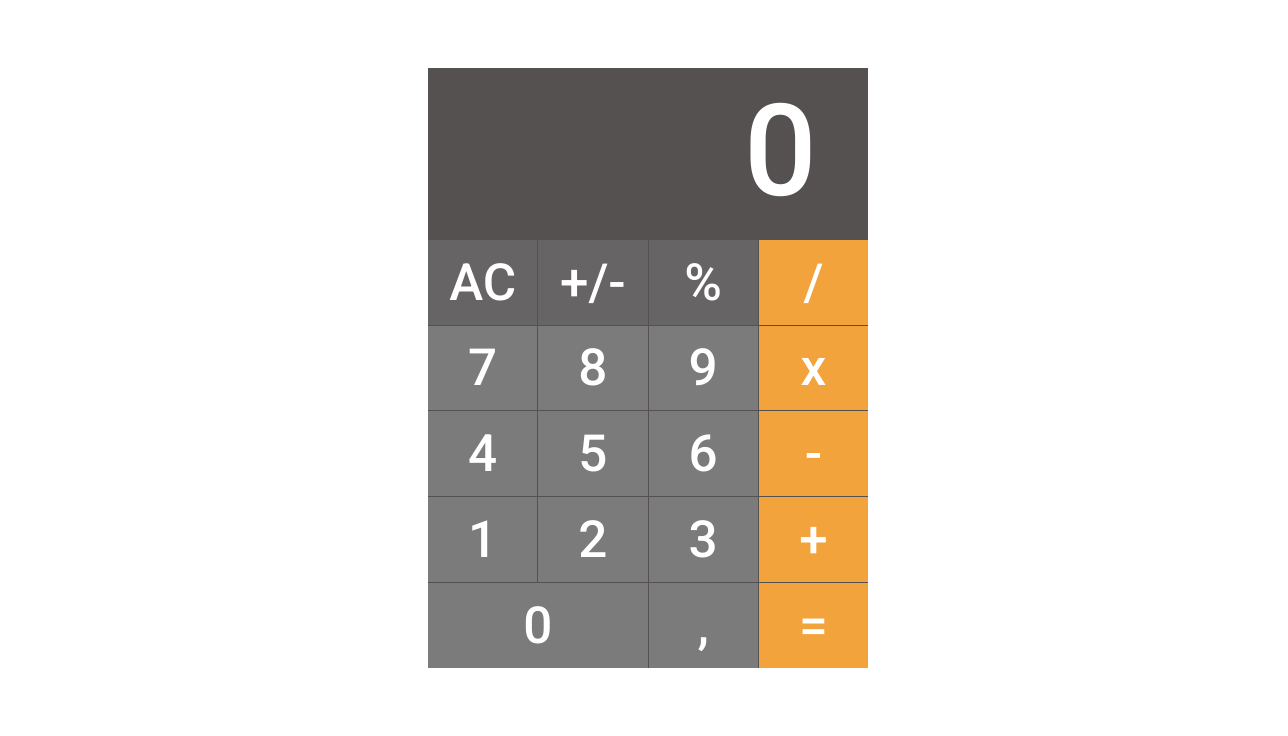
Repository: maciekto/calculatorOOP
Page: index.html
These files come from the project's save history. The page is drawn as it stood at one moment and after the next save; the edit follows.
The browser window is 1280 px wide. The page is 1288 px wide, so the pictures cover 1288 px, including what lies to the right of the window. The pictures show the whole page.

Above is the page before, as saved 2022-07-06 17:20:43.

After the next save:
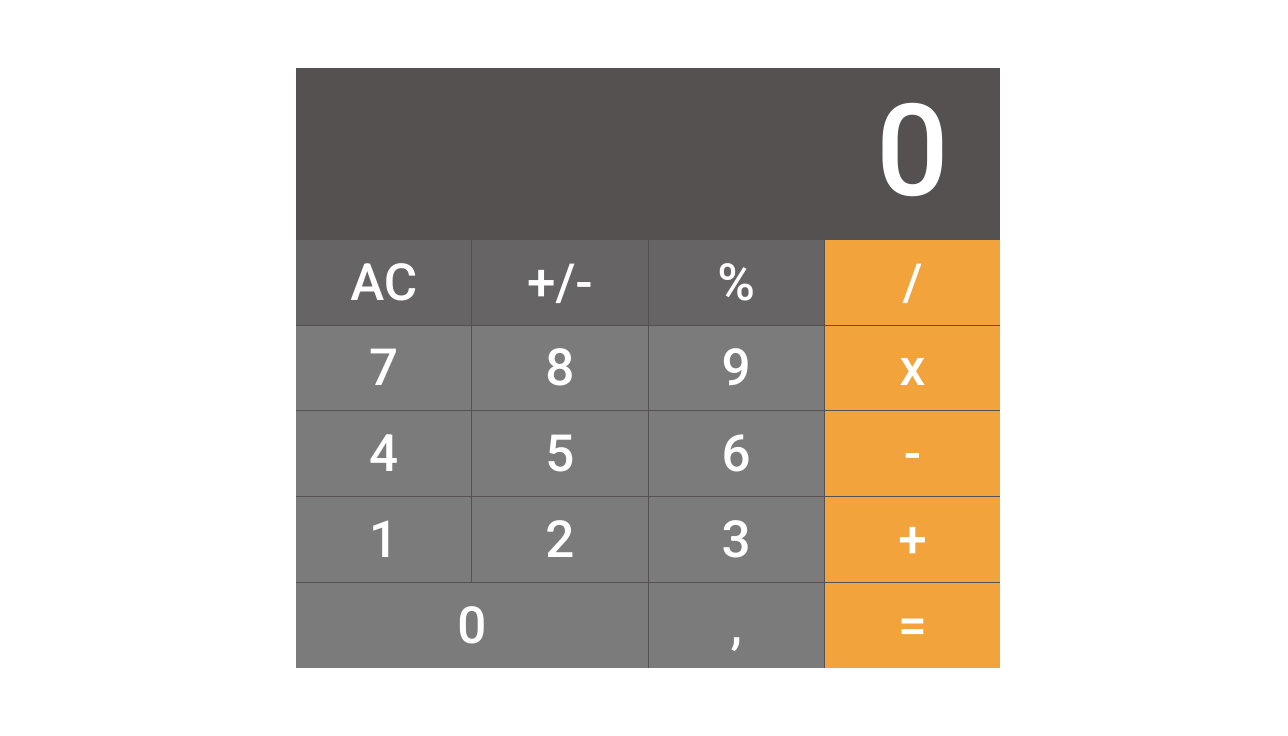
Saved 5 s later.
--- a/css.css
+++ b/css.css
@@ -14,7 +14,7 @@
 }
 
 .Calc {
-    max-width: 440px;
+    max-width: 60vw;
     width: 55vw;
     height: 80vw;
     max-height: 600px;

After the save that followed:
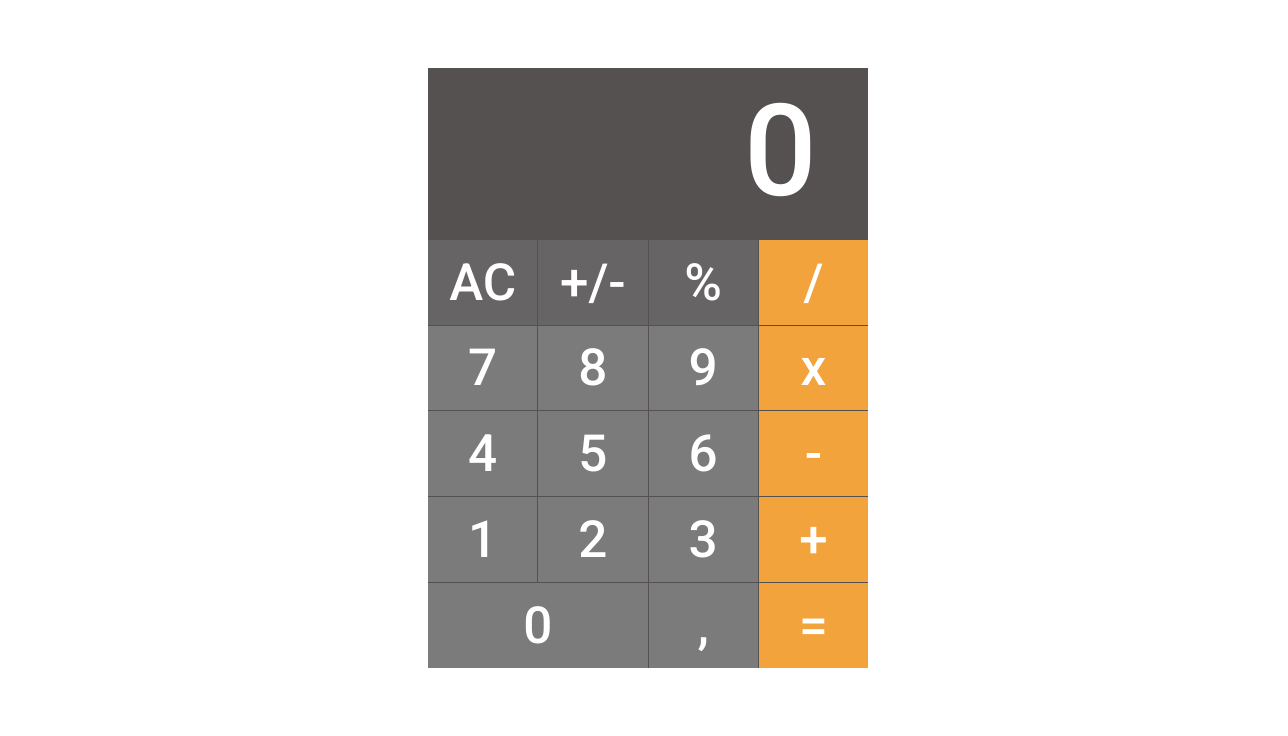
Saved 23 s later.
--- a/css.css
+++ b/css.css
@@ -14,7 +14,7 @@
 }
 
 .Calc {
-    max-width: 60vw;
+    max-width: 440px;
     width: 55vw;
     height: 80vw;
     max-height: 600px;
